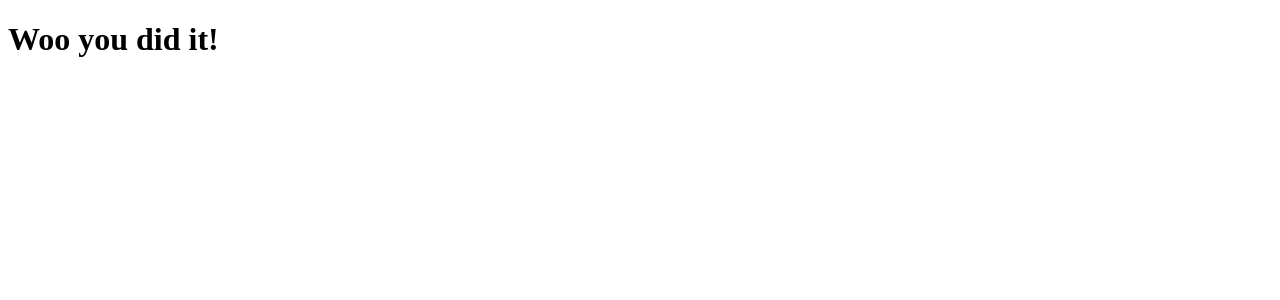
Repository: ndonnelly7/clinic-web-app
Page: http://localhost/ORMSQLTest/Success.jsp
The author's editor kept a copy of each file at every save. The page is drawn from the files as they stood at one save, then again after the next save.
The browser window is 1280 px wide. The pictures show the whole page.
The page is served by Tomcat 9.

Above is the page before, as saved 2014-01-10 11:48:49.

After the next save:
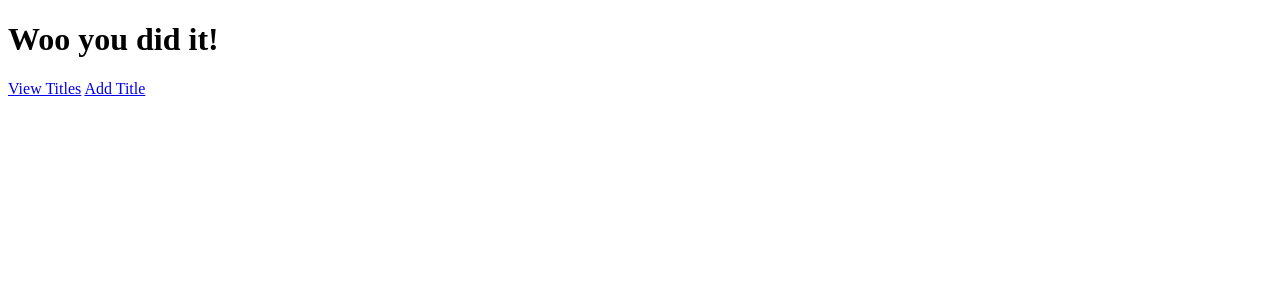
Saved 7 s later.
--- a/Web App/ORMSQLTest/war/Success.jsp
+++ b/Web App/ORMSQLTest/war/Success.jsp
@@ -8,6 +8,7 @@
 </head>
 <body>
 <h1>Woo you did it!</h1>
-
+<a href="./ViewTitles.jsp">View Titles</a>
+   <a href="./AddTitle.jsp">Add Title</a>
 </body>
 </html>
